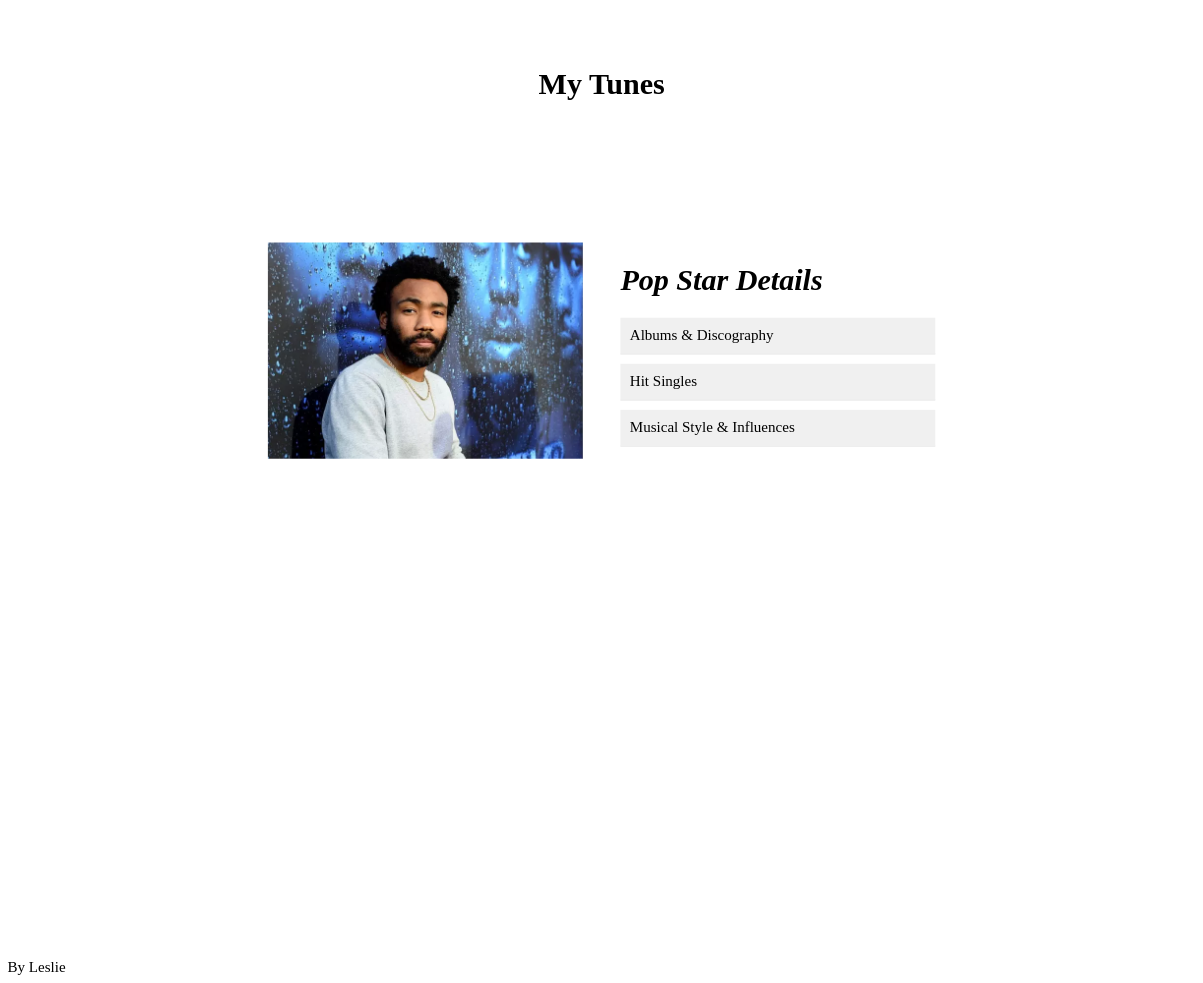
Repository: leslie179/labOne
Page: /
An editor plug-in stored every save of this project. The page is shown before and after a run of saves, followed by the edit.
The browser window is 1280 px wide. The pictures show the whole page, at 94% of full size.
The project was rebuilt for these pictures with package versions that can differ from the ones it lists, and the page was loaded fresh each time. The framework's server and built-in components were replaced by stand-ins that run in the browser. Also part of the build but not shown: next.config.js, components/Footer/Footer.module.css.

Above is the page before, as saved 2024-09-15 22:40:03.

After the next 2 saves:
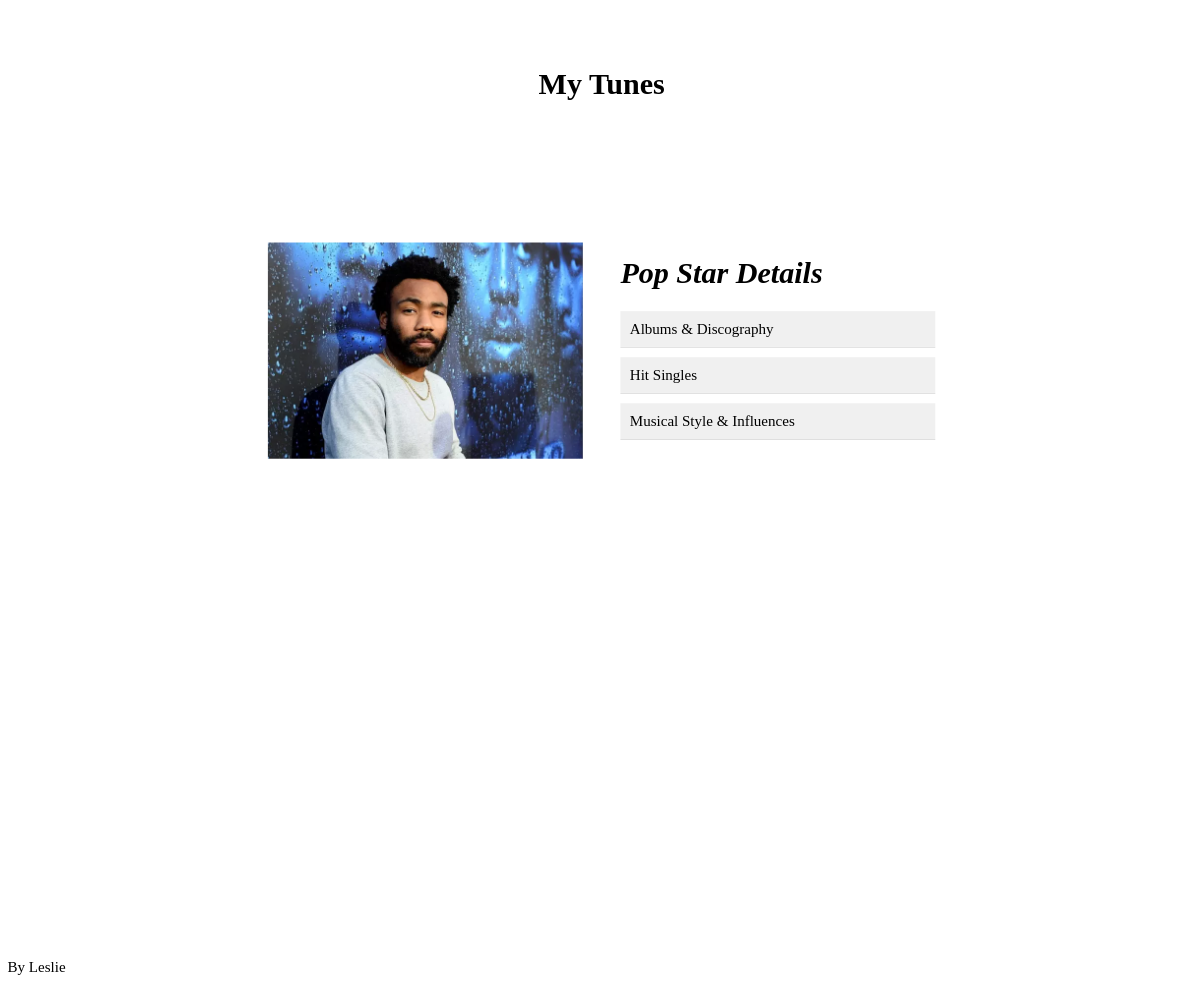
The 2 saves are shown as one change because they came seconds apart.
The last was saved 17 s later.
--- a/styles/Home.module.css
+++ b/styles/Home.module.css
@@ -23,6 +23,6 @@
 
 
 .h1{
-  padding-top: 10%;
+  padding-top: 8%;
   font-style: italic;
 }
